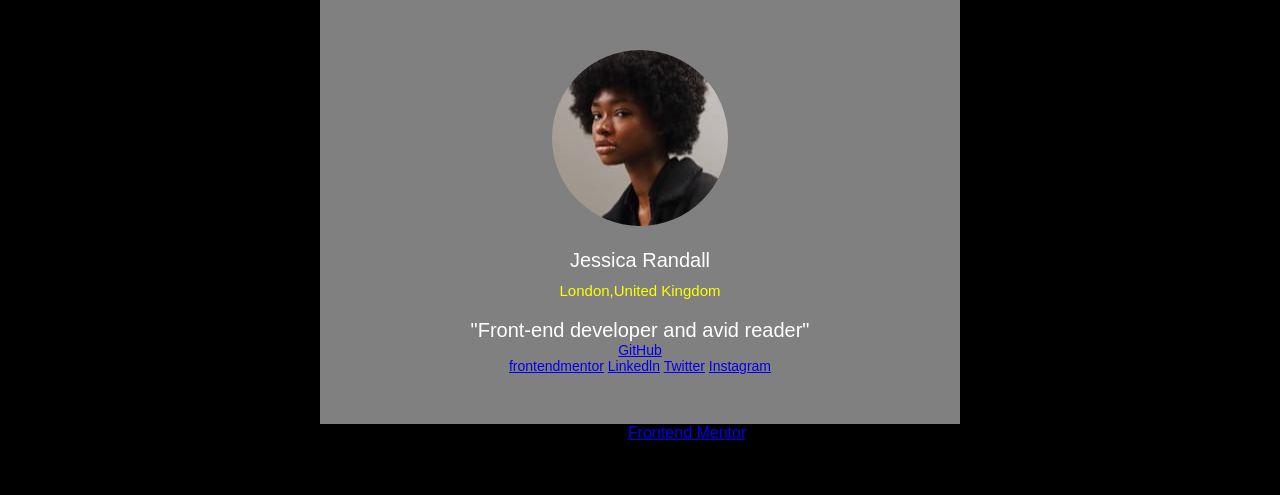
Repository: JosephAbatan05/Social-links-profile
Page: social-links-profile-main/index.html
These files come from the project's save history. The page is drawn as it stood at one moment and after the next save; the edit follows.
The browser window is 1280 px wide. The pictures show the whole page.

Above is the page before, as saved 2025-01-25 10:52:47.

### social-links-profile-main/index.html
<!DOCTYPE html>
<html lang="en">
<head>
  <meta charset="UTF-8">
  <meta name="viewport" content="width=device-width, initial-scale=1.0"> <!-- displays site properly based on user's device -->

  <link rel="icon" type="image/png" sizes="32x32" href="./assets/images/favicon-32x32.png">

  <title>Frontend Mentor | Social links profile</title>
<link rel="stylesheet" href="styles.css">

  <!-- Feel free to remove these styles or customise in your own stylesheet 👍 --<style>
    .attribution { font-size: 11px; text-align: center; }
    .attribution a { color: hsl(228, 45%, 44%); }
  </style>
</head>
<body>

  Jessica Randall
  London, United Kingdom
  "Front-end developer and avid reader."

  GitHub
  Frontend Mentor
  LinkedIn
  Twitter
  Instagram


-->

<div class="container">
  <img src="assets\images\avatar-jessica.jpeg" >

<div id="name">Jessica Randall</div>
<div class="description">London,United Kingdom</div>
<div class="about">"Front-end developer and avid reader"</div>
<div id="fa-links-container">
  <div>
    <a href="https://github.com" class="button">GitHub</a></div>



   <div> <a href="https://frontendmentor.com" class="button">frontendmentor</a>




    <a href="https://Linkedln.com" class="button">Linkedln</a>





    <a href="https://Twitter.com" class="button">Twitter</a>





    <a href="https://Instagram.com" class="button">Instagram</a>






  </div>



</div>


</div>
<div class="attribution">
  Challenge by <a href="https://www.frontendmentor.io?ref=challenge" target="_blank">Frontend Mentor</a>.
</div>

</body>
</html>

### social-links-profile-main/styles.css
body{
    margin:0;
    padding:0;
    box-sizing: border-box;
    background-color: black;
    font-family: sans-serif;
}
.container{
    text-align: center;
    margin: 0 auto;
    font-size:14px;
    background-color: grey;
    max-width: 50%;
    padding: 50px 0;
}
img{
    border-radius:50%;


}
.container #name{
    color:white;
    margin-top: 20px;
    font-size:20px;
}

.container .description{
    color:yellow;
    margin-top: 10px;
    font-size: 15px;
}
.container .about{
    margin-top:20px;
    color:white;
    font-size: 20px;
}

.fa-links-container{
    margin-top:20px;
    padding:10px;
    text-align: center;

}

.fa-links-container div{
    padding:10px;
    border-radius:5px;
    background-color:rgb(37, 36, 36);
    color:white;
    margin:0  auto;
    max-width: 45%;
    align-items:flex-end;
   margin-top: 5px;
   font-weight:bold
}
.attribution{
    text-align:center;
    text-decoration: none;
}

After the next save:
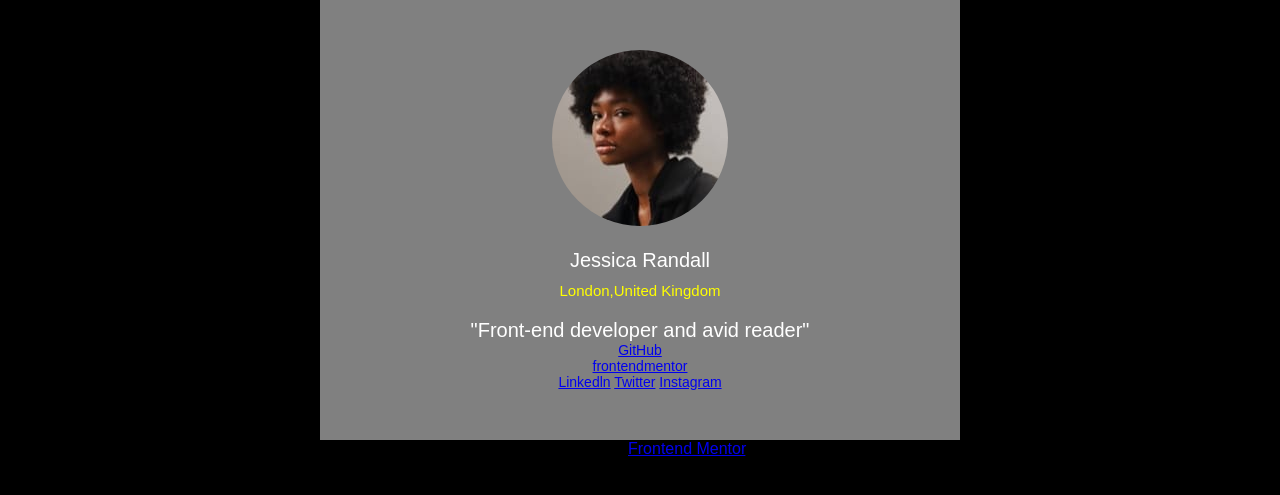
Saved 4 s later.
--- a/social-links-profile-main/index.html
+++ b/social-links-profile-main/index.html
@@ -41,8 +41,7 @@
 
 
 
-   <div> <a href="https://frontendmentor.com" class="button">frontendmentor</a>
-
+   <div> <a href="https://frontendmentor.com" class="button">frontendmentor</a></div>
 
 
 
